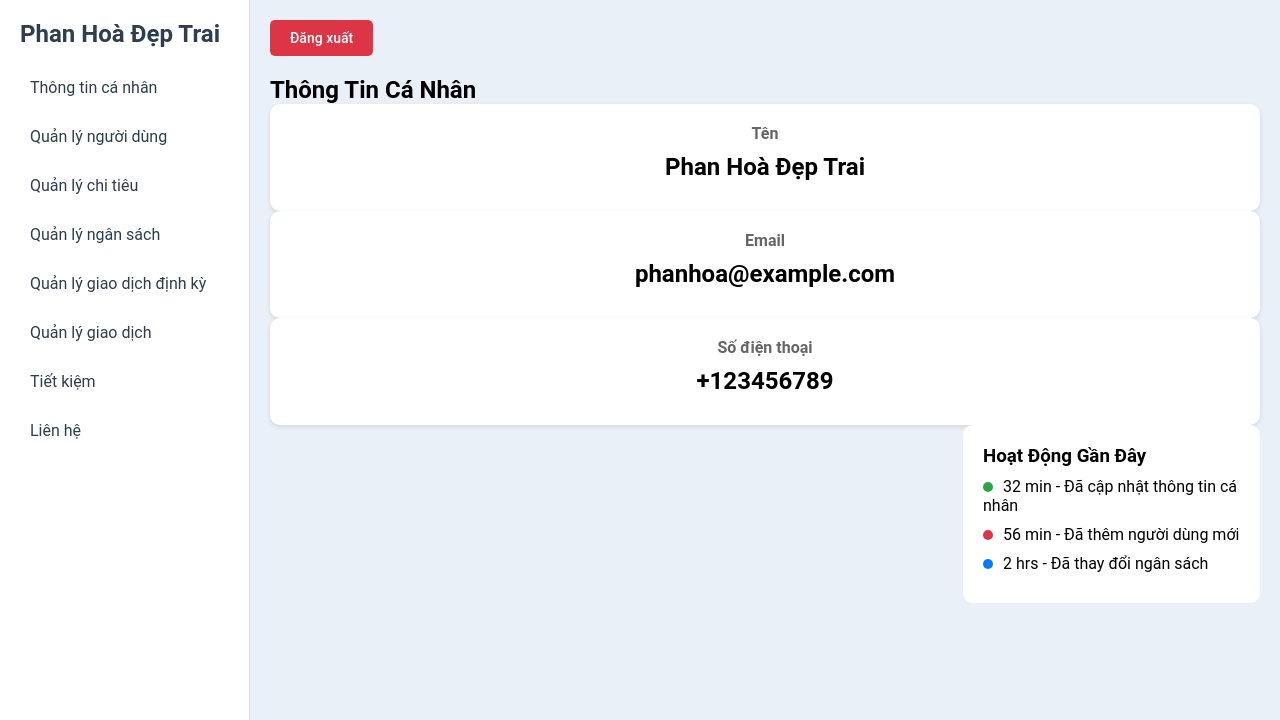
Repository: PhanVanHoa051204/Project3
Page: http://localhost/Project3/profile.jsp
The author's editor kept a copy of each file at every save. The page is drawn from the files as they stood at one save, then again after the next save.
The browser window is 1280 px wide. The pictures show the whole page.
The page is served by Tomcat 9. The session is filled in as if someone had signed in: {"user_id": 1, "role": "admin"}.

Above is the page before, as saved 2025-03-14 08:27:19.

After the next save:
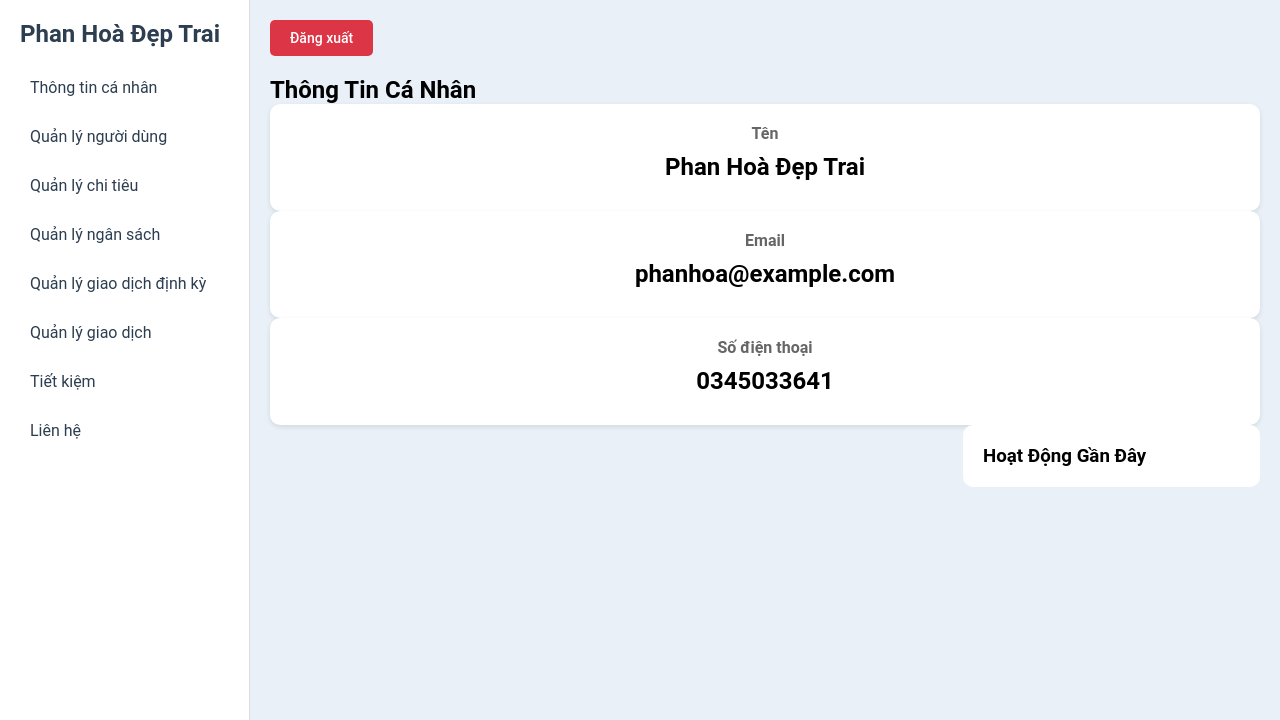
Saved 36 s later.
--- a/PhanVanHoa_2210900023_K22CNT1/Project3/src/main/webapp/profile.jsp
+++ b/PhanVanHoa_2210900023_K22CNT1/Project3/src/main/webapp/profile.jsp
@@ -46,7 +46,7 @@
                     </div>
                     <div class="card">
                         <h3>Số điện thoại</h3>
-                        <p>+123456789</p>
+                        <p>0345033641</p>
                     </div>
                 </div>
 
@@ -54,9 +54,7 @@
                 <div class="recent-activity">
                     <h3>Hoạt Động Gần Đây</h3>
                     <ul>
-                        <li><span class="dot green"></span>32 min - Đã cập nhật thông tin cá nhân</li>
-                        <li><span class="dot red"></span>56 min - Đã thêm người dùng mới</li>
-                        <li><span class="dot blue"></span>2 hrs - Đã thay đổi ngân sách</li>
+
                     </ul>
                 </div>
             </div>
